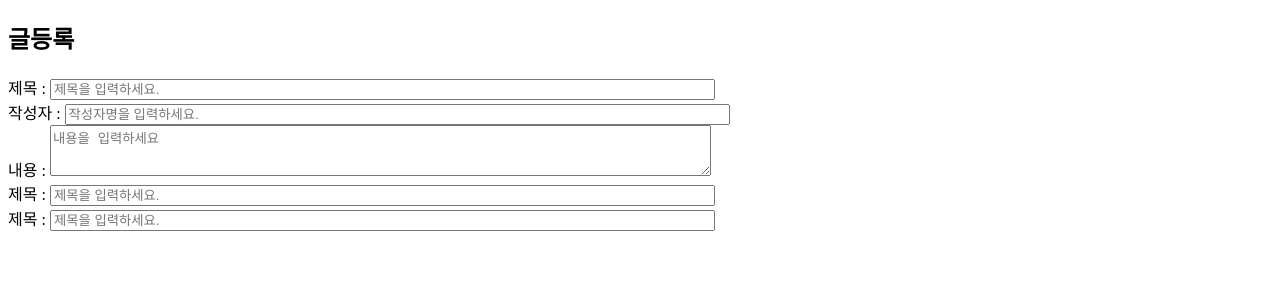
Repository: Park147/Django
Page: jango/pyboard/board/templates/board/register.html
An editor plug-in stored every save of this project. The page is shown before and after the next save, followed by the edit.
The browser window is 1280 px wide. The pictures show the whole page.

Above is the page before, as saved 2023-07-18 07:17:44.

After the next save:
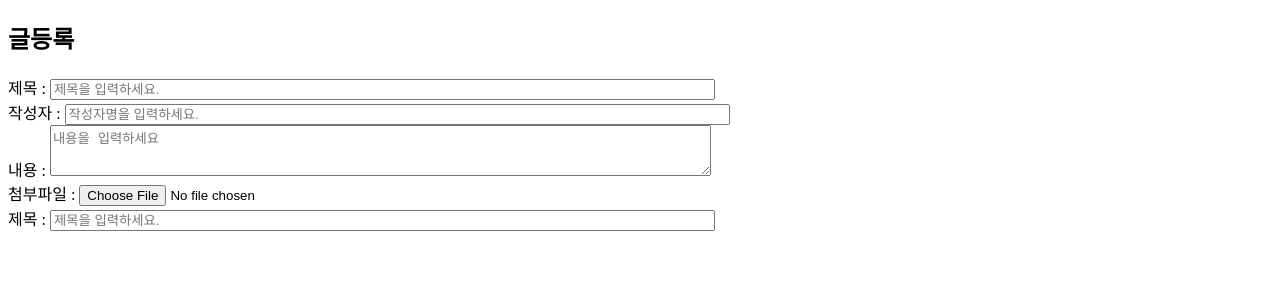
Saved 57 s later.
--- a/jango/pyboard/board/templates/board/register.html
+++ b/jango/pyboard/board/templates/board/register.html
@@ -10,7 +10,7 @@
 		<div> 제목 : <input type="text" name="title" size="80" placeholder="제목을 입력하세요."> </div>
 		<div> 작성자 : <input type="text" name="writer" size="80" placeholder="작성자명을 입력하세요."> </div>
 		<div> 내용 : <textarea rows="3" cols="80" name="content" placeholder="내용을 입력하세요"></textarea> </div>
-		<div> 제목 : <input type="text" name="title" size="80" placeholder="제목을 입력하세요."> </div>
+		<div> 첨부파일 : <input type="file" name="filename" size="80" placeholder="제목을 입력하세요."> </div>
 		<div> 제목 : <input type="text" name="title" size="80" placeholder="제목을 입력하세요."> </div>
 	</form>
 </body>
